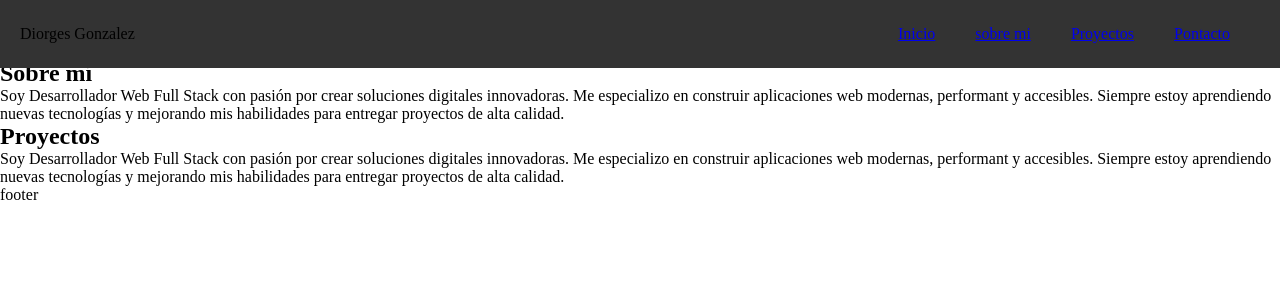
Repository: DenLion09/DenLion09.dots
Page: javascipt_withow_filter/basic/ejercisios/portfolio2/index.html
An editor plug-in stored every save of this project. The page is shown before and after the next save, followed by the edit.
The browser window is 1280 px wide. The pictures show the whole page.

Above is the page before, as saved 2026-05-17 23:39:55.

After the next save:
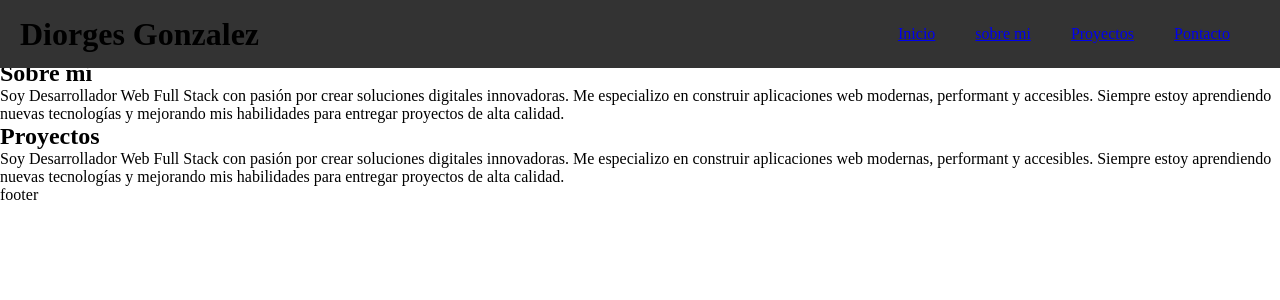
Console error: TypeError: Cannot read properties of null (reading 'addEventListener')
Saved 4 min 48 s later.
--- a/javascipt_withow_filter/basic/ejercisios/portfolio2/index.html
+++ b/javascipt_withow_filter/basic/ejercisios/portfolio2/index.html
@@ -4,12 +4,12 @@
     <meta charset="UTF-8" />
     <meta name="viewport" content="width=device-width, initial-scale=1.0" />
     <link rel="stylesheet" href="style.css" />
-    <link rel="script" href="App.js" />
-    <title>Document</title>
+    <script src="App.js" defer></script>
+    <title>Portfolio</title>
   </head>
   <body>
     <header>
-      <p>Diorges Gonzalez</p>
+      <h1>Diorges Gonzalez</h1>
       <button class="menu-toggle">☰</button>
       <nav class="nav-links">
         <a href="#inicio">Inicio</a>
